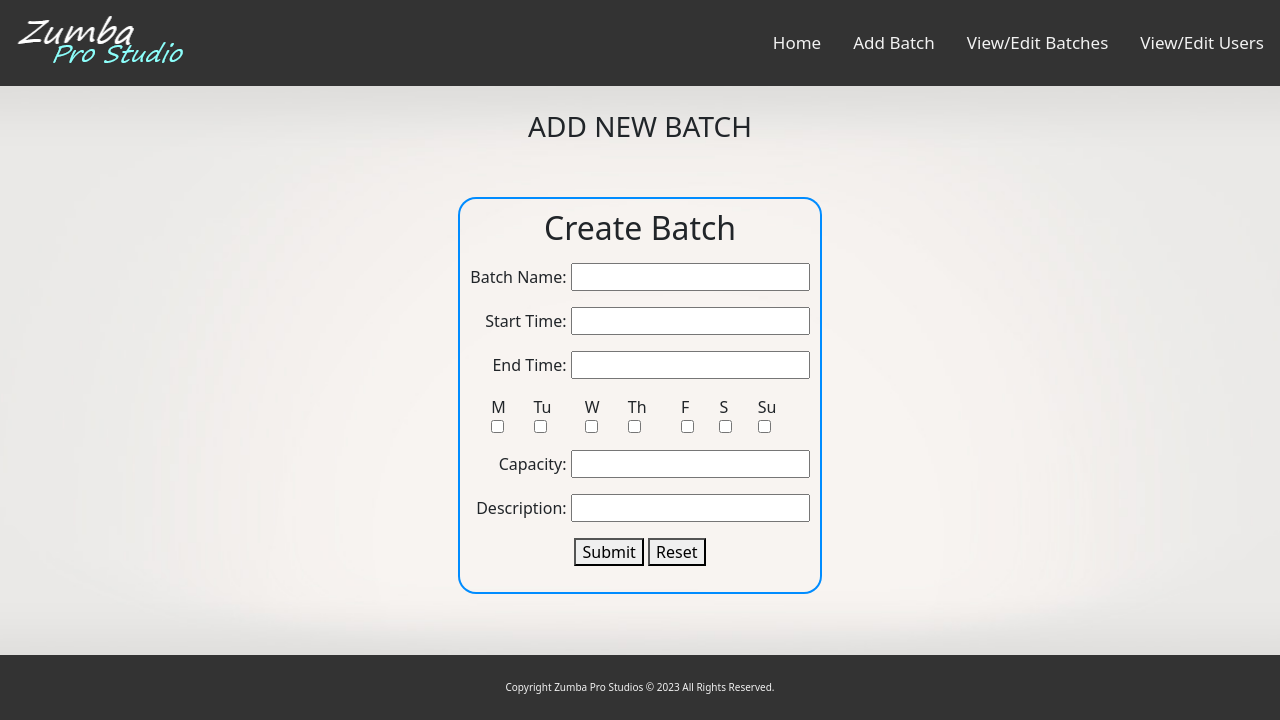
Repository: basemsamuel/Zumba
Page: http://localhost/ZumbaProStudio/addbatch.jsp
The author's editor kept a copy of each file at every save. The page is drawn from the files as they stood at one save, then again after the next save.
The browser window is 1280 px wide. The pictures show the whole page.
The page is served by Tomcat 10.

Above is the page before, as saved 2023-07-30 23:29:48.

After the next save:
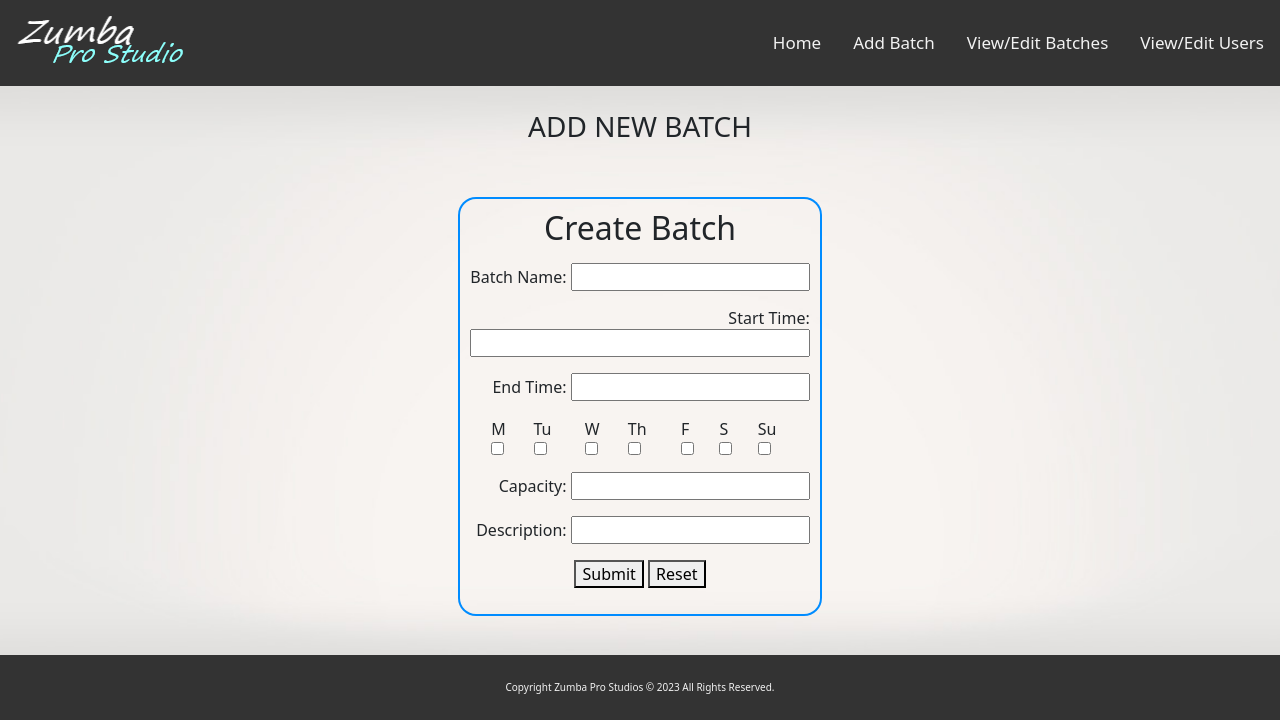
Saved 101 s later.
--- a/ZumbaProStudio/src/main/webapp/addbatch.jsp
+++ b/ZumbaProStudio/src/main/webapp/addbatch.jsp
@@ -27,7 +27,7 @@
 						        <p>
 							        <div class='right'>
 							            <label for="stime">Start Time:</label>
-							            <input class="datepicker" data-date-format="mm/dd/yyyy" id="stime" name="stime">
+							            <input class="input-group dat" id="stime" name="stime">
 							        </div>
 						        </p>
 						    </div>
